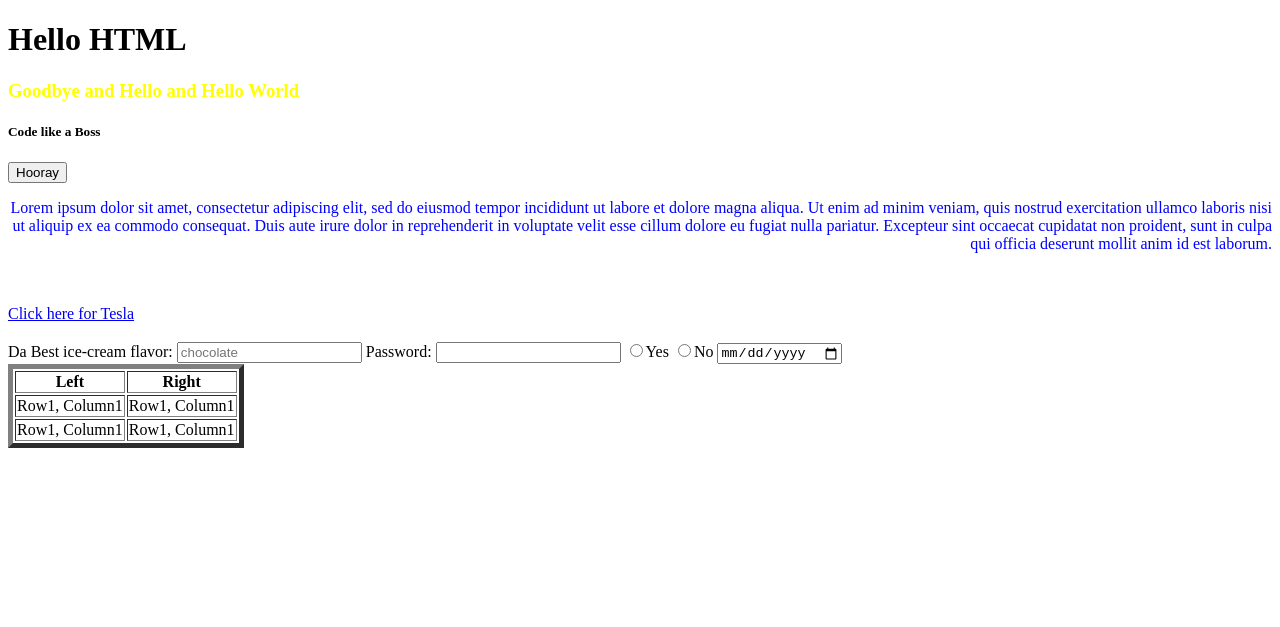
Repository: amilevich/1028PegaUSF
Page: workspace-sts-3.9.4.RELEASE/HelloHTML/src/main/webapp/index.html
An editor plug-in stored every save of this project. The page is shown before and after the next save, followed by the edit.
The browser window is 1280 px wide. The pictures show the whole page.

Above is the page before, as saved 2019-11-21 20:24:34.

### workspace-sts-3.9.4.RELEASE/HelloHTML/src/main/webapp/index.html
<!DOCTYPE html>
<html>
<head>
<meta charset="UTF-8">
<title>Super Amazing Web Page</title>
</head>
<body style= "background-color: white">
<div style="color: black">
	<h1>Hello HTML</h1>
	<h3 style="color:yellow">Goodbye and Hello and Hello World</h3>
	<h5>Code like a Boss</h5>
</div>
	<button>Hooray</button>

	<!-- span element is for inline elements and is usually used for small chunks of HTML vs div element is block-line and is used to group larger chunks of code -->

	<!-- This is a comment -->

	<p style= "color: blue; text-align: right" >Lorem ipsum dolor sit amet, consectetur adipiscing elit, sed do
		eiusmod tempor incididunt ut labore et dolore magna aliqua. Ut enim ad
		minim veniam, quis nostrud exercitation ullamco laboris nisi ut
		aliquip ex ea commodo consequat. Duis aute irure dolor in
		reprehenderit in voluptate velit esse cillum dolore eu fugiat nulla
		pariatur. Excepteur sint occaecat cupidatat non proident, sunt in
		culpa qui officia deserunt mollit anim id est laborum.</p>

		<img src="">

		<br/>
		<br/>

	<a href="tesla.com">Click here for Tesla</a>

	<br/>
	<br/>

	<form>
	Da Best ice-cream flavor:
	<input type="text" placeholder="chocolate"/>
	Password:
	<input type="password"/>
	<input type="radio"/>Yes
	<input type="radio"/>No
	<input type="date"/>
	</form>

	<table border="5">
	<tr>
		<th>Left</th>
		<th>Right</th>
	</tr>
	<tr>
		<td>Row1, Column1</td>
		<td>Row1, Column1</td>
	</tr>
	<tr>
		<td>Row1, Column1</td>
		<td>Row1, Column1</td>
	</tr>
	</table>

</body>
</html>

After the next save:
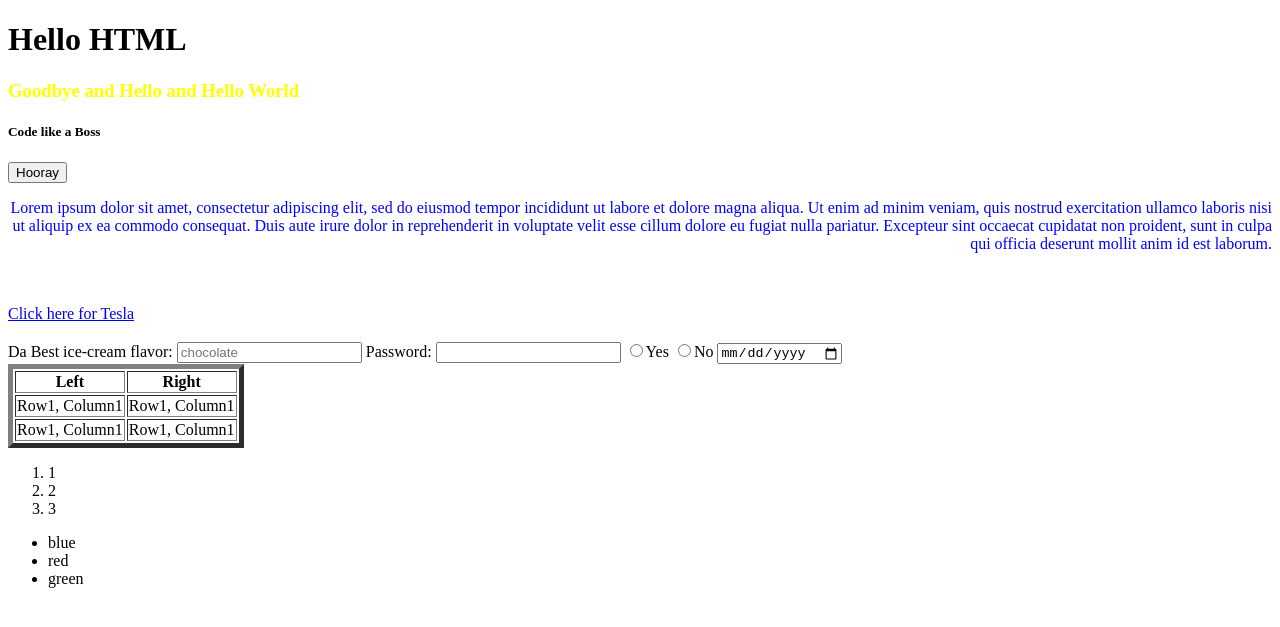
Saved 74 s later.
--- a/workspace-sts-3.9.4.RELEASE/HelloHTML/src/main/webapp/index.html
+++ b/workspace-sts-3.9.4.RELEASE/HelloHTML/src/main/webapp/index.html
@@ -59,5 +59,16 @@
 	</tr>
 	</table>
 
+	<ol>
+		<li>1</li>
+		<li>2</li>
+		<li>3</li>
+	</ol>
+
+	<ul>
+		<li>blue</li>
+		<li>red</li>
+		<li>green</li>
+	</ul>
 </body>
 </html>
